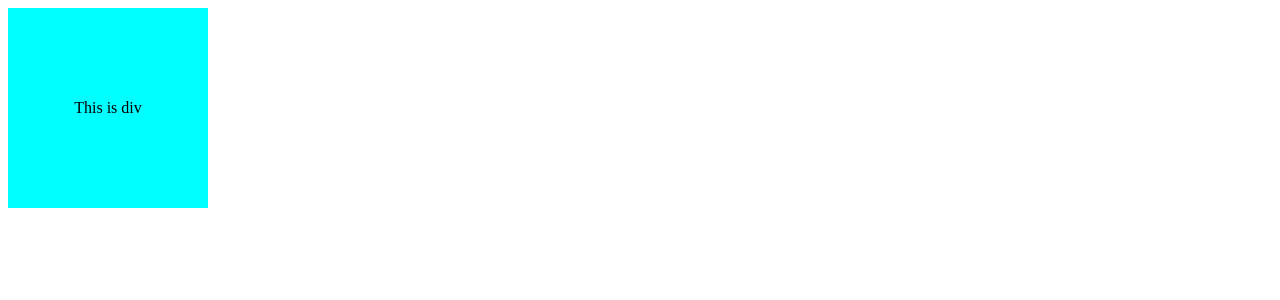
Repository: rakeshkolpepatil/CSS_Apana_College
Page: index.html
An editor plug-in stored every save of this project. The page is shown before and after the next save, followed by the edit.
The browser window is 1280 px wide. The pictures show the whole page.
The pointer rests on the first visible `div`.

Above is the page before, as saved 2023-06-26 11:54:36.

After the next save:
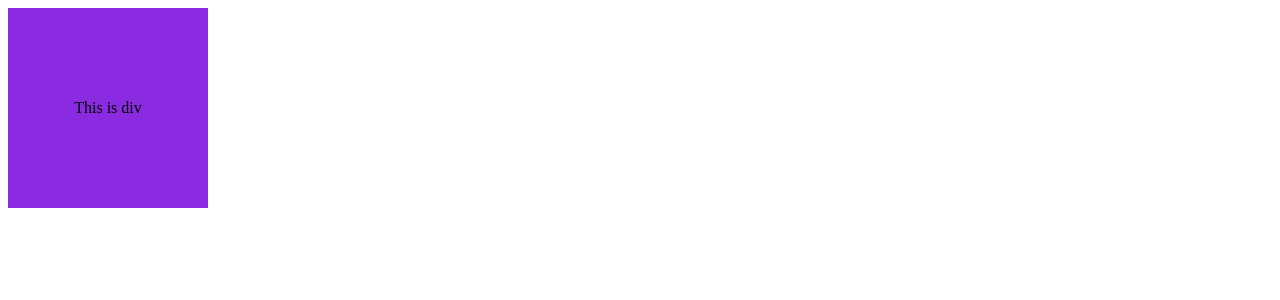
Saved 44 min 32 s later.
--- a/transition.css
+++ b/transition.css
@@ -10,3 +10,6 @@ div{
   /* vertical-align: middle; */
   /* padding: 50px 0; */
 }
+div:hover{
+  background-color:blueviolet;
+}
